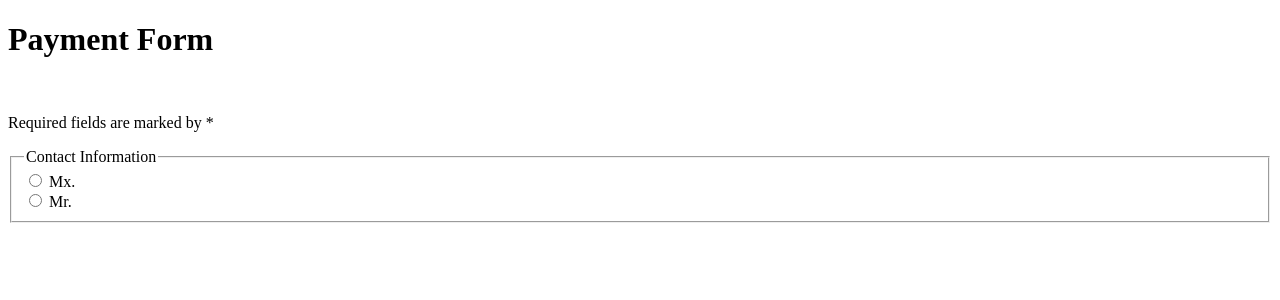
Repository: 10-2-pursuit/lab-intro-to-forms
Page: index.html
An editor plug-in stored every save of this project. The page is shown before and after a run of saves, followed by the edit.
The browser window is 1280 px wide. The pictures show the whole page.

Above is the page before, as saved 2023-06-13 21:23:22.

### index.html
<!DOCTYPE html>
<html lang="en">
<head>
    <meta charset="UTF-8">
    <meta name="viewport" content="width=device-width, initial-scale=1.0">
    <title>Payment Form</title>
</head>
<body>
    <h1>Payment Form</h1>
    <br>
    <p>Required fields are marked by *</p>
    <form action="#" method="post">
        <fieldset>
            <legend>Contact Information</legend>
            <input type="radio" name="prefixMx." id="prefixMx." >
           <label for="Mx.">Mx.</label>
           <br>
           <input type="radio" name="prefix" id="prefesrence">
           <label for="Mr.">Mr.</label>


        </fieldset>
    </form>


</body>
</html>

After the next 2 saves:
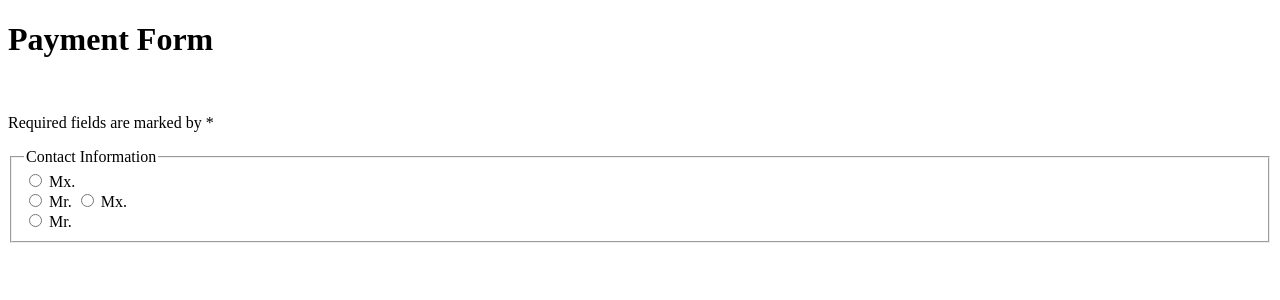
The 2 saves are shown as one change because they came seconds apart.
The last was saved 58 s later.
--- a/index.html
+++ b/index.html
@@ -17,7 +17,11 @@
            <br>
            <input type="radio" name="prefix" id="prefesrence">
            <label for="Mr.">Mr.</label>
-
+           <input type="radio" name="prefixMx." id="prefixMx." >
+           <label for="Mx.">Mx.</label>
+           <br>
+           <input type="radio" name="prefix" id="prefesrence">
+           <label for="Mr.">Mr.</label>
 
         </fieldset>
     </form>
